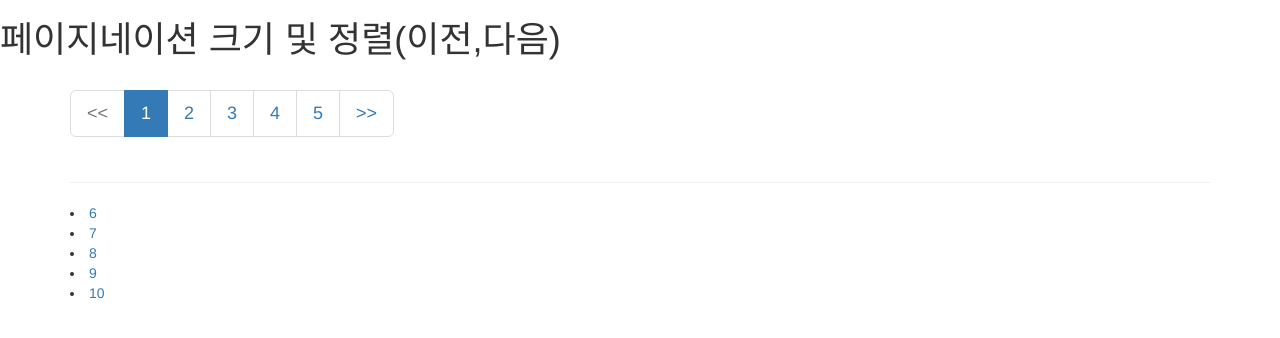
Repository: RYE415/4.jsp
Page: BootstrapTest/src/main/webapp/9.page/bmpage2(크기,정렬).html
These files come from the project's save history. The page is drawn as it stood at one moment and after the next save; the edit follows.
The browser window is 1280 px wide. The pictures show the whole page.
Some web libraries are served in a nearby version.

Above is the page before, as saved 2022-08-11 00:43:00.

### BootstrapTest/src/main/webapp/9.page/bmpage2(크기,정렬).html
<!DOCTYPE html>
<html lang="ko">
  <head>
    <meta charset="utf-8">
    <meta http-equiv="X-UA-Compatible" content="IE=edge">
    <meta name="viewport" content="width=device-width, initial-scale=1">
    <!-- 위 3개의 메타 태그는 *반드시* head 태그의 처음에 와야합니다; 어떤 다른 콘텐츠들은 반드시 이 태그들 *다음에* 와야 합니다 -->
    <title>예제</title>

    <!-- 부트스트랩 -->
    <link href="../css/bootstrap.min.css" rel="stylesheet">

    <!-- IE8 에서 HTML5 요소와 미디어 쿼리를 위한 HTML5 shim 와 Respond.js -->
    <!-- WARNING: Respond.js 는 당신이 file:// 을 통해 페이지를 볼 때는 동작하지 않습니다. -->
    <!--[if lt IE 9]>
      <script src="https://oss.maxcdn.com/html5shiv/3.7.2/html5shiv.min.js"></script>
      <script src="https://oss.maxcdn.com/respond/1.4.2/respond.min.js"></script>
    <![endif]-->
  </head>
  <body>
    <h1>페이지네이션 크기 및 정렬(이전,다음)</h1>
    <div class="container">
    	<!--
    		크기->pagnation-lg,pagination-sm
    	 -->

    	 <ul class="pagination pagination-lg">
    	 	<li class="disabled"><a href="#"> << </a></li>
    	 	<li class="active"><a href="#"> 1 </a></li>
    	 	<li><a href="#"> 2 </a></li>
    	 	<li><a href="#"> 3 </a></li>
    	 	<li><a href="#"> 4 </a></li>
    	 	<li><a href="#"> 5 </a></li>
    	 	<li><a href="#"> >> </a></li>
    	 	</ul>
    	 	<hr>


    	 	<li><a href="#"> 6 </a></li>
    	 	<li><a href="#"> 7 </a></li>
    	 	<li><a href="#"> 8 </a></li>
    	 	<li><a href="#"> 9 </a></li>
    	 	<li><a href="#"> 10 </a></li>


    </div>

    <!-- jQuery (부트스트랩의 자바스크립트 플러그인을 위해 필요합니다) -->
    <script src="https://ajax.googleapis.com/ajax/libs/jquery/1.11.2/jquery.min.js"></script>
    <!-- 모든 컴파일된 플러그인을 포함합니다 (아래), 원하지 않는다면 필요한 각각의 파일을 포함하세요 -->
    <script src="../js/bootstrap.min.js"></script>
  </body>
</html>

Loaded but not shown: BootstrapTest/src/main/webapp/css/bootstrap.min.css (library); BootstrapTest/src/main/webapp/js/bootstrap.min.js (library)

After the next save:
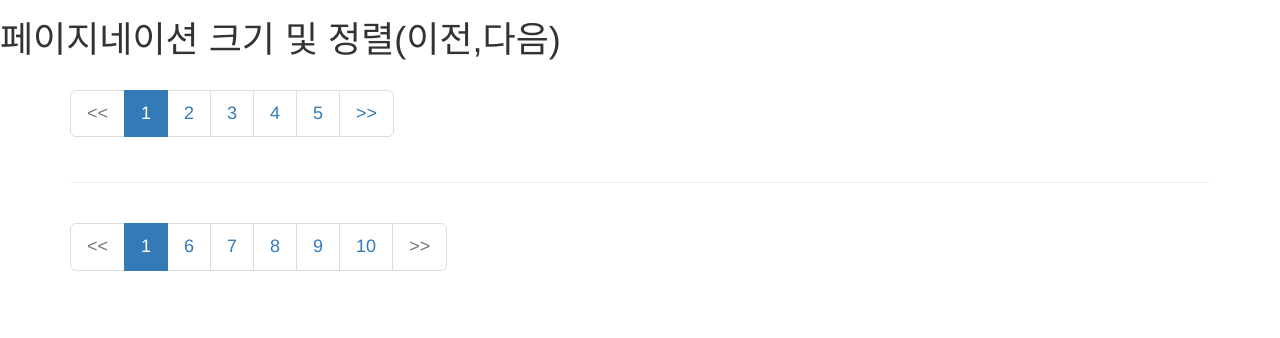
Saved 37 s later.
--- a/BootstrapTest/src/main/webapp/9.page/bmpage2(크기,정렬).html
+++ b/BootstrapTest/src/main/webapp/9.page/bmpage2(크기,정렬).html
@@ -35,13 +35,16 @@
     	 	</ul>
     	 	<hr>
 
-
+    	 <ul class="pagination pagination-lg">
+    	 	<li class="disabled"><a href="#"> << </a></li>
+    	 	<li class="active"><a href="#"> 1 </a></li>
     	 	<li><a href="#"> 6 </a></li>
     	 	<li><a href="#"> 7 </a></li>
     	 	<li><a href="#"> 8 </a></li>
     	 	<li><a href="#"> 9 </a></li>
     	 	<li><a href="#"> 10 </a></li>
-
+    	 	<li class="disabled"><a href="#"> >> </a></li>
+    	 </ul>
 
     </div>
 
